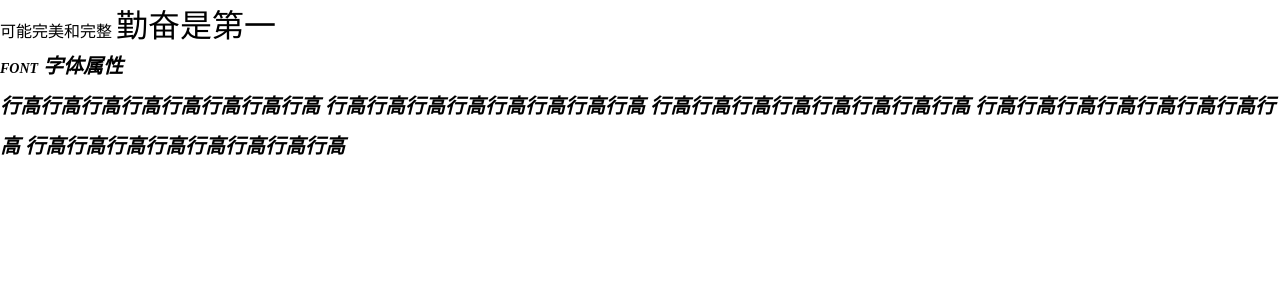
Repository: yuquan1006/-
Page: 02_css/demo.html
These files come from the project's save history. The page is drawn as it stood at one moment and after a run of saves; the edit follows.
The browser window is 1280 px wide. The pictures show the whole page.

Above is the page before, as saved 2023-06-26 10:57:36.

After the next 5 saves:
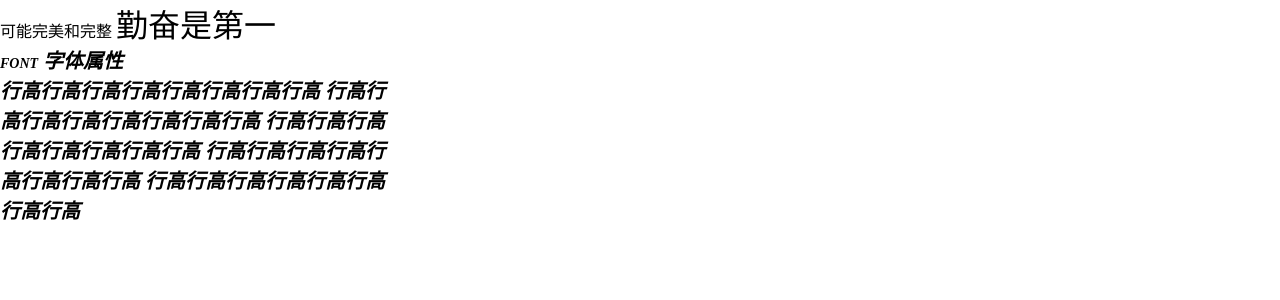
The 5 saves are shown as one change because they came seconds apart.
The last was saved 19 s later.
--- a/02_css/demo.html
+++ b/02_css/demo.html
@@ -26,8 +26,8 @@
         *{
             margin: 0px;
             padding: 0px;
-        } */
-        /* p{
+        }
+       p{
             width: 400px;
             line-height: 30px;
         }
